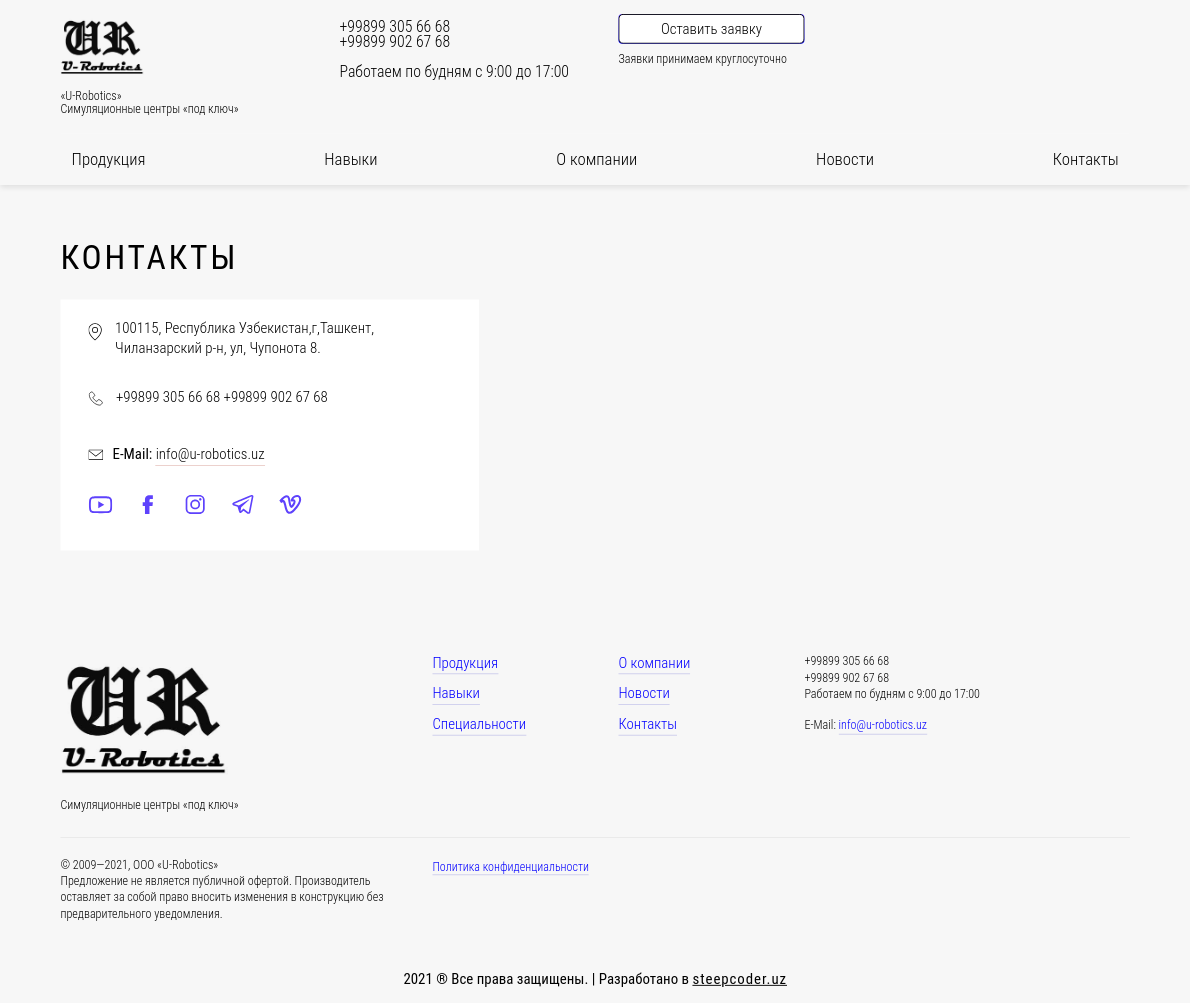
Repository: remrtehno/hotel
Page: http://localhost/contact
These files come from the project's save history. The page is drawn as it stood at one moment and after the next save; the edit follows.
The browser window is 1280 px wide. The pictures show the whole page, at 93% of full size.
Some web fonts or font styles are not loaded; a fallback is used. The page is served by the project's Laravel application, run on PHP 8.4 with Laravel 8. The database holds what the project's SQL file puts in it.

Above is the page before, as saved 2021-04-25 17:53:22.

After the next save:
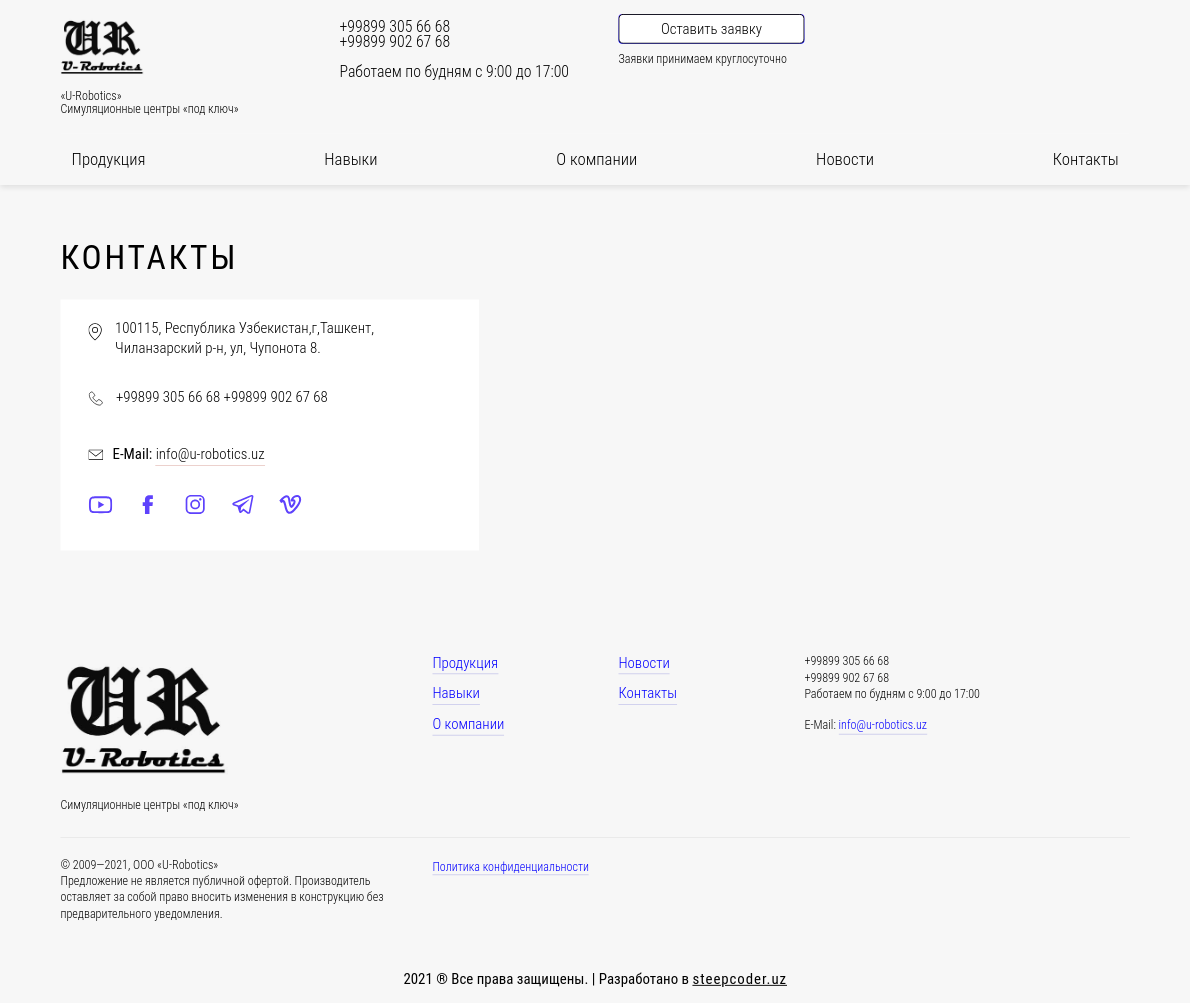
Saved 25 s later.
--- a/resources/views/lib/footerinput.blade.php
+++ b/resources/views/lib/footerinput.blade.php
@@ -13,12 +13,11 @@
 
                 <div class="footerbar__menu">
                     <ul>
-                        <li><a href="produkciya.html">Продукция</a></li>
-                        <li><a href="navyki.html">Навыки</a></li>
-                        <li><a href="specialnosti.html">Специальности</a></li>
-                        <li><a href="o-kompanii.html">О компании</a></li>
-                        <li><a href="novosti.html">Новости</a></li>
-                        <li><a href="kontakty.html">Контакты</a></li>
+                        <li><a href="{{ route('products') }}">Продукция</a></li>
+                        <li><a href="#skill" class="js-anchor">Навыки</a></li>
+                        <li><a href="{{ route('about') }}">О компании</a></li>
+                        <li><a href="{{ route('news') }}">Новости</a></li>
+                        <li><a href="{{ route('contact') }}">Контакты</a></li>
                     </ul>
 
                 </div>
